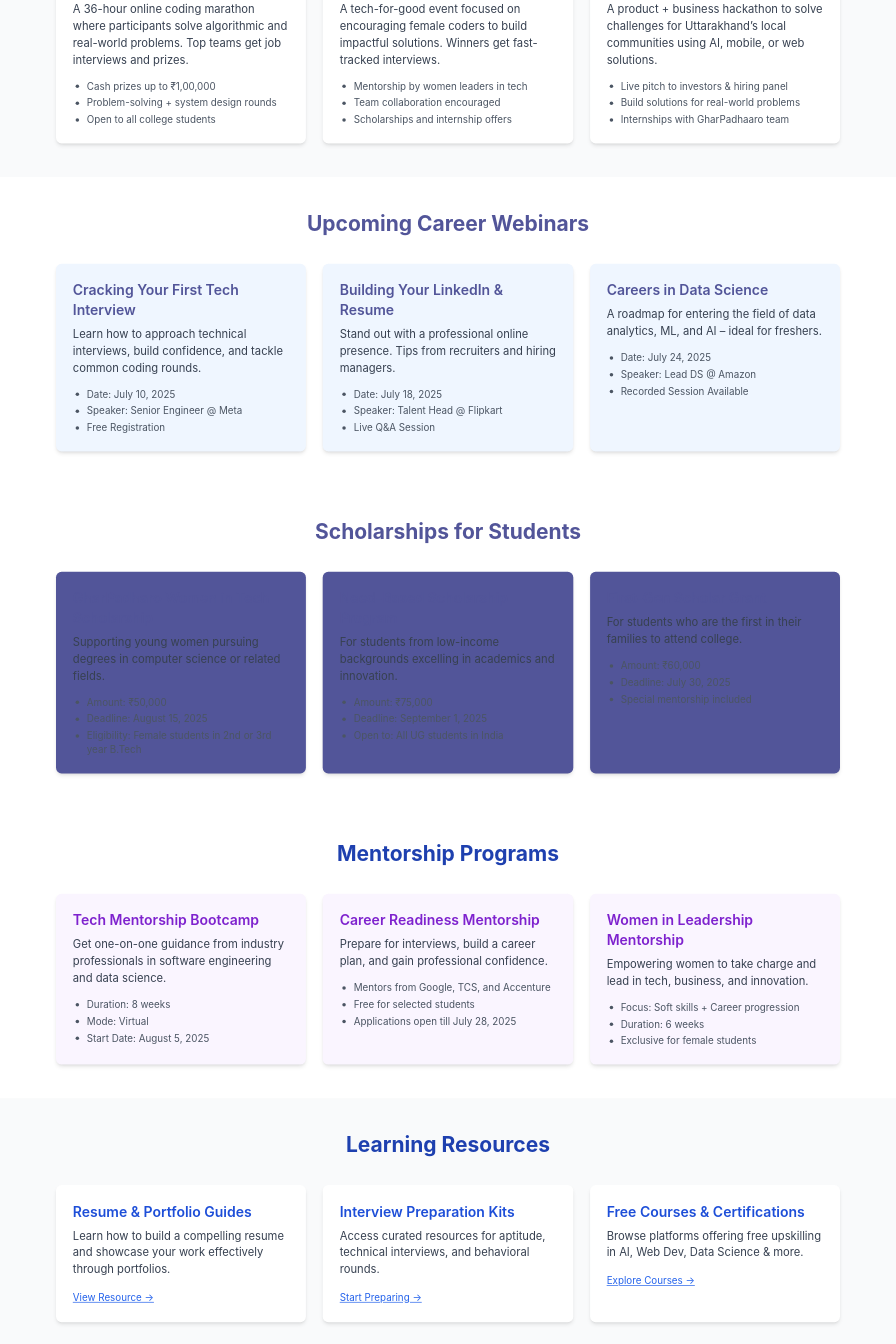
Repository: Siddharthkothiyal/GharPadhaaroCareerWebsite
Page: /#/students
These files come from the project's save history. The page is drawn as it stood at one moment and after the next save; the edit follows.
The browser window is 1280 px wide. The pictures show the part of the page from y = 3117 to 5037 px (the page is 5581 px tall), at 70% of full size.
The project was rebuilt for these pictures with package versions that can differ from the ones it lists, and the page was loaded fresh each time. Also part of the build but not shown: src/components/CareerPortal/JobListing/JobListings.css, src/components/CareerPortal/JobListing/JobListings.js, src/components/CareerPortal/Header.css, src/components/CareerPortal/ResumeUpload.css, src/components/CareerPortal/ResumeUpload.js, src/components/CareerPortal/Header.js, src/components/CareerPortal/JobListing/JobSearch.css, src/components/CareerPortal/JobListing/JobSearch.js and 10 more.

Above is the page before, as saved 2025-06-21 22:17:23.

After the next save:
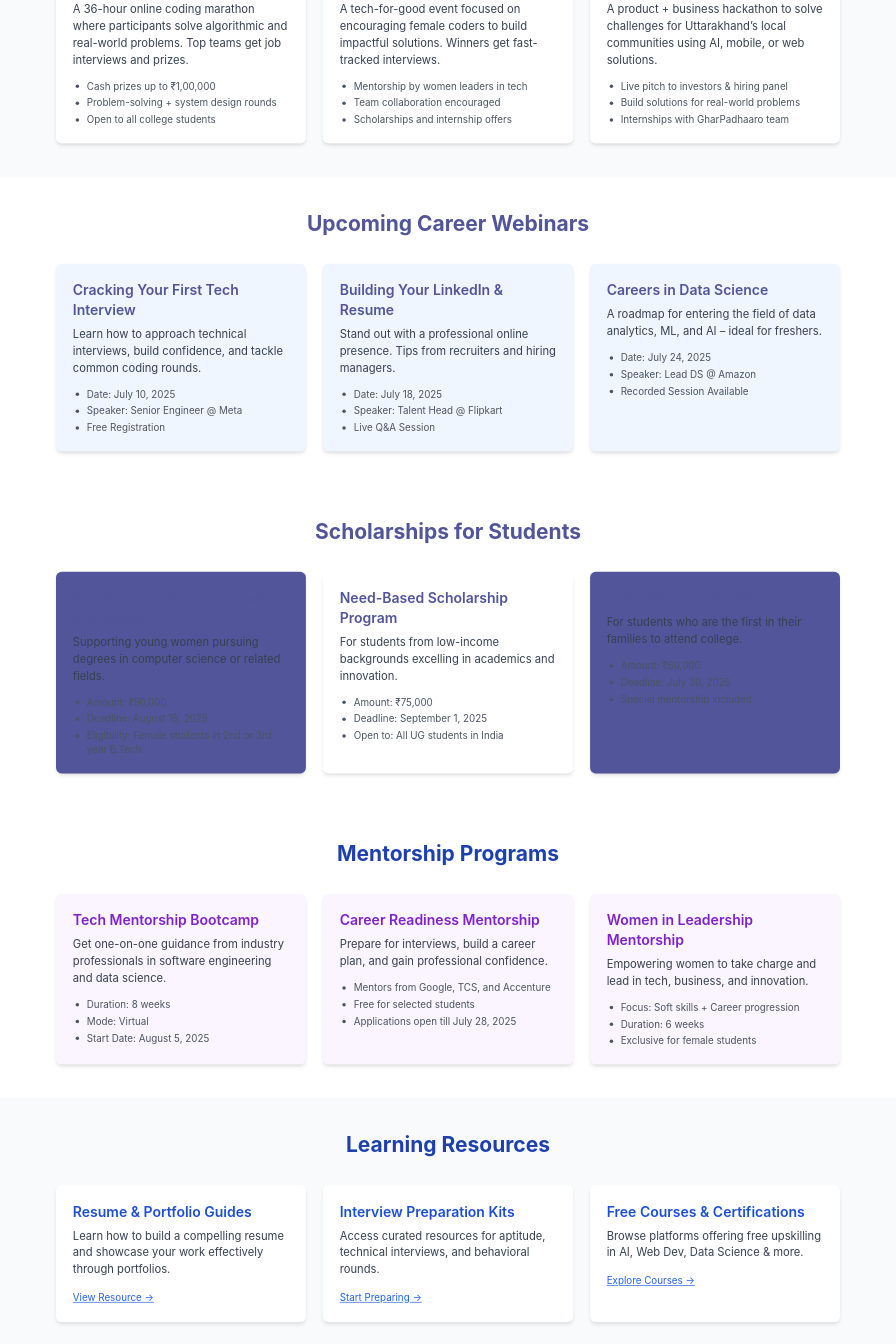
Saved 24 s later.
--- a/src/components/CareerPortal/StudentsPage/sections/Scholarships.js
+++ b/src/components/CareerPortal/StudentsPage/sections/Scholarships.js
@@ -25,7 +25,7 @@ const Scholarships = () => {
           </div>
 
           {/* Scholarship 2 */}
-          <div className="bg-[#525599] rounded-lg shadow-md p-6 hover:shadow-lg transition">
+          <div className=" rounded-lg shadow-md p-6 hover:shadow-lg transition">
             <h3 className="text-xl font-semibold text-[#525599] mb-2">
               Need-Based Scholarship Program
             </h3>
